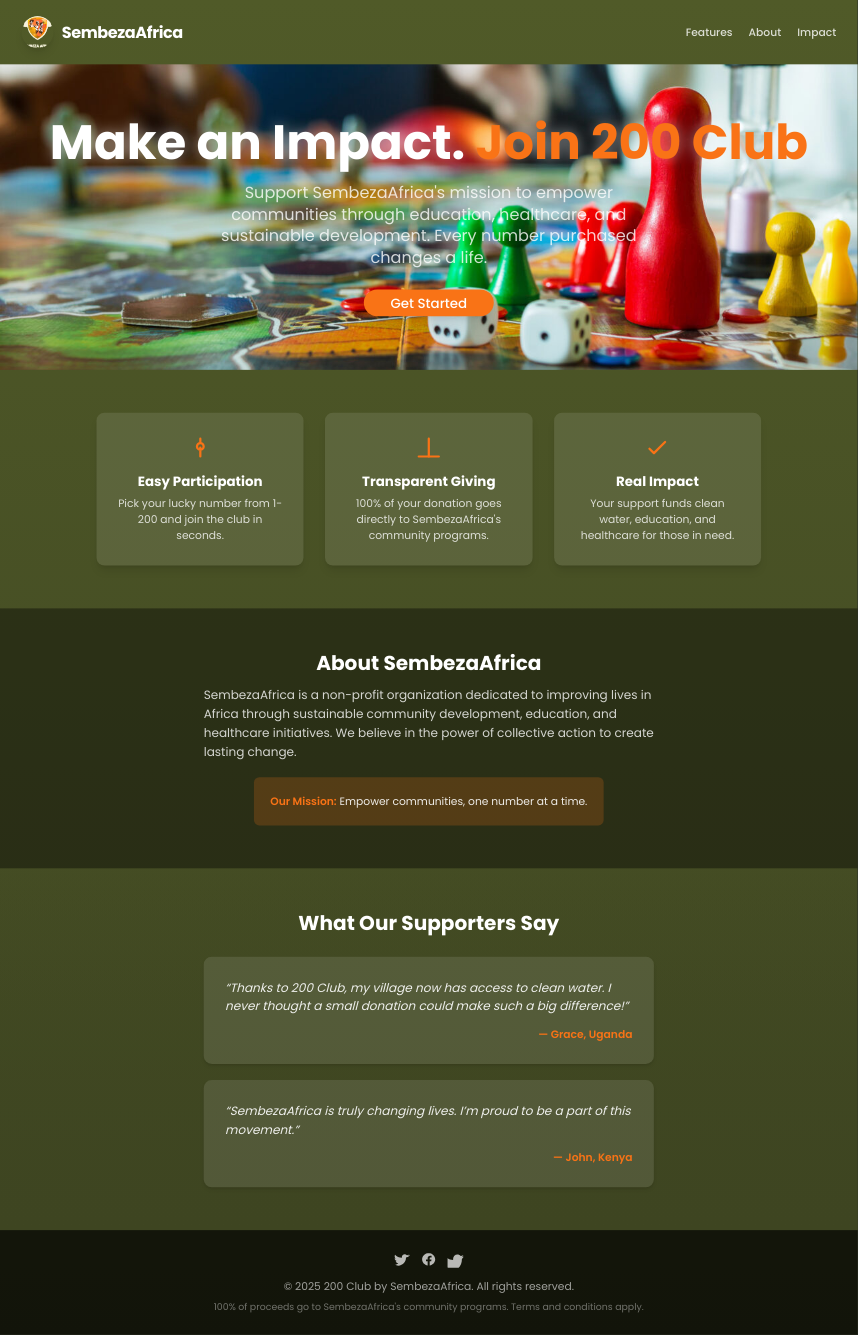
Repository: kaizoku010/200club
Page: /
These files come from the project's save history. The page is drawn as it stood at one moment and after the next save; the edit follows.
The browser window is 1280 px wide. The pictures show the whole page, at 67% of full size.
Backgrounds fixed to the window are drawn as part of the page. The project was rebuilt for these pictures with package versions that can differ from the ones it lists, and the page was loaded fresh each time. Also part of the build but not shown: vite.config.ts, src/components/ui/tooltip.tsx, src/components/Header.tsx, src/services/soundService.ts, src/components/NumberGrid.tsx, src/components/ui/use-toast.ts, src/components/ui/sound-button.tsx, src/components/RandomizeButton.tsx and 13 more.

Above is the page before, as saved 2025-06-10 10:42:42.

After the next save:
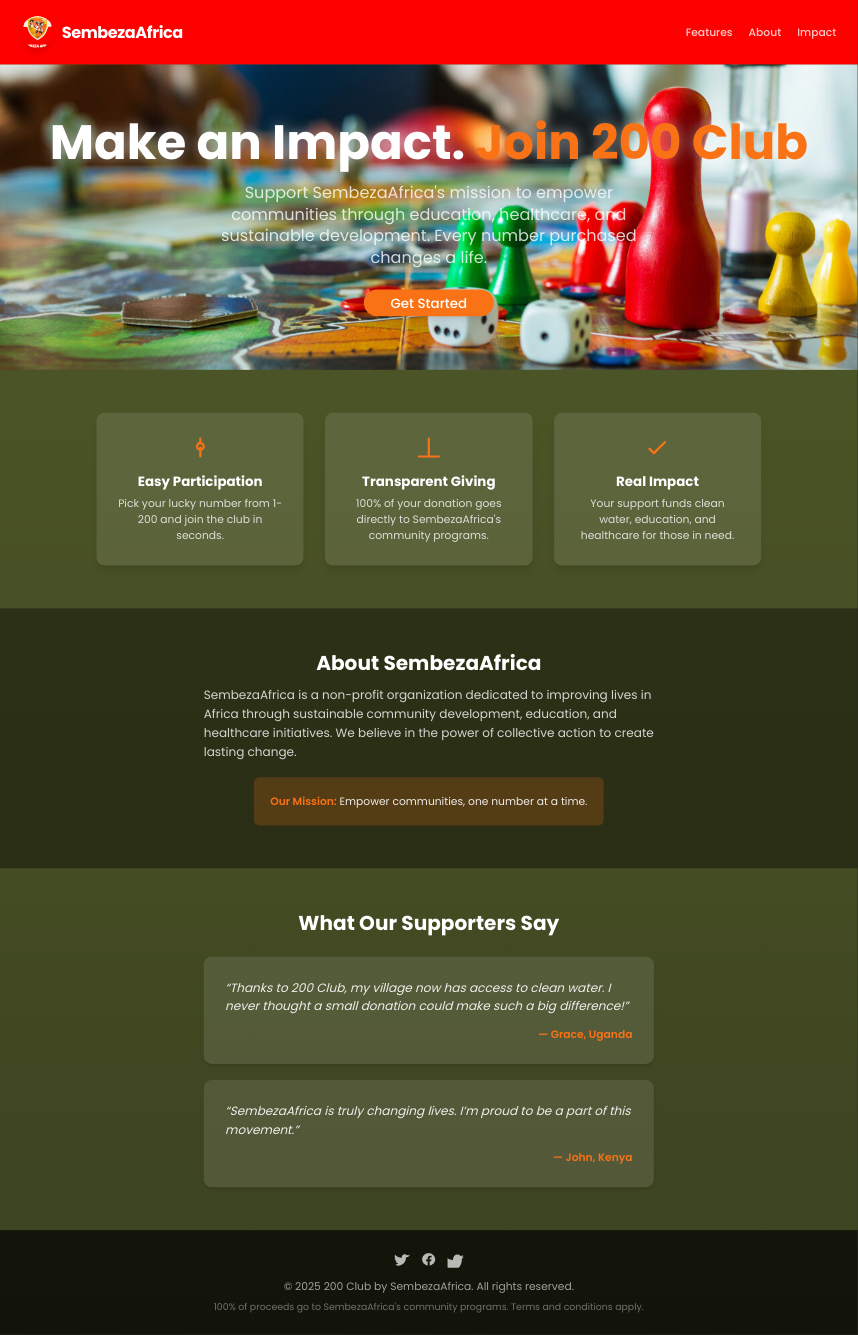
Saved 4 s later.
--- a/src/pages/main.css
+++ b/src/pages/main.css
@@ -9,5 +9,5 @@
 
 #nav{
     z-index: 1111111111;
-    background-color: transparent;
+    background-color: red;
 }

After the save that followed:
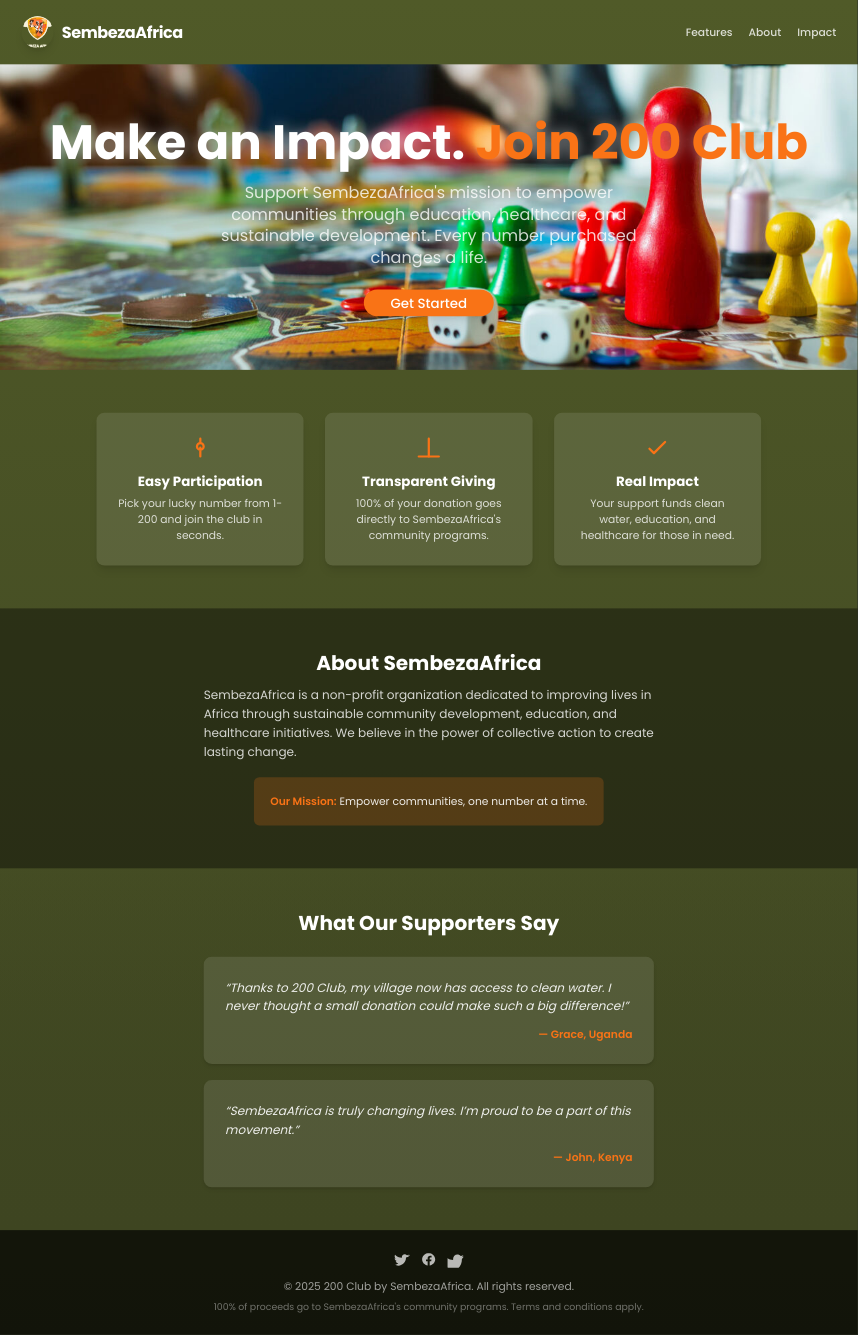
Saved 6 s later.
--- a/src/pages/main.css
+++ b/src/pages/main.css
@@ -9,5 +9,5 @@
 
 #nav{
     z-index: 1111111111;
-    background-color: red;
+    background-color: rgba(255, 0, 0, 0);
 }
